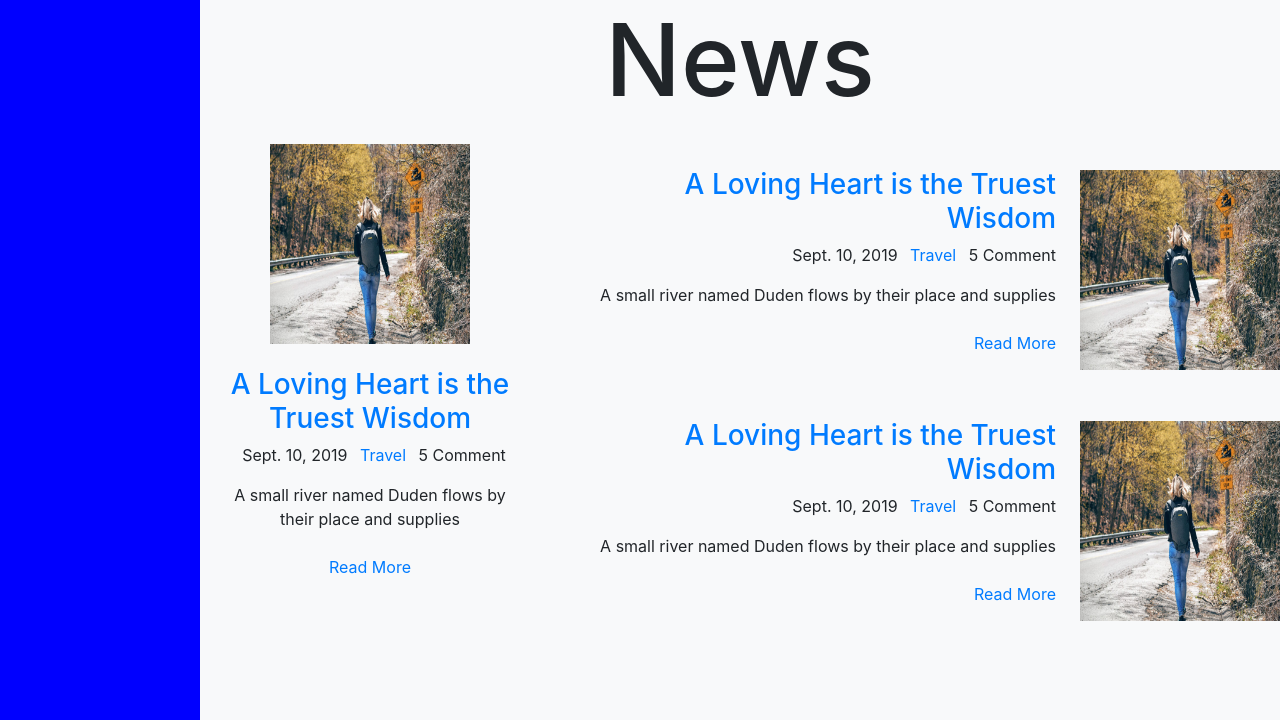
Repository: tts2610/GoogleNews
Page: index.html
The author's editor kept a copy of each file at every save. The page is drawn from the files as they stood at one save, then again after the next save.
The browser window is 1280 px wide. The pictures show the whole page.
The page's requests for data from a server got no answer.

Above is the page before, as saved 2020-05-20 13:54:33.

### index.html
<!DOCTYPE html>
<html lang="en">

<head>
    <meta charset="UTF-8">
    <meta name="viewport" content="width=device-width, initial-scale=1.0">
    <title>Document</title>
    <link rel="stylesheet" href="https://maxcdn.bootstrapcdn.com/bootstrap/4.4.1/css/bootstrap.min.css">

    <!-- jQuery library -->
    <script src="https://ajax.googleapis.com/ajax/libs/jquery/3.5.1/jquery.min.js"></script>

    <!-- Popper JS -->
    <script src="https://cdnjs.cloudflare.com/ajax/libs/popper.js/1.16.0/umd/popper.min.js"></script>

    <!-- Latest compiled JavaScript -->
    <script src="https://maxcdn.bootstrapcdn.com/bootstrap/4.4.1/js/bootstrap.min.js"></script>
    <link rel="stylesheet" href="css/style.css">
</head>

<body>
    <div class="myContainer">
        <div class="sidenav"></div>
        <div class="content">
            <div class="content-header mb-4">
                <h1 style="font-size: 100px; text-align: center;">News</h1>
            </div>
            <div class="row">
                <div class="col-4 d-flex">
                    <div class="blog-entry-left">
                        <div>
                            <img src="img/image_8.jpg" width="200" height="200">
                        </div>
                        <div class="text p-4" style="text-align: center;">
                            <h3 class="mb-2"><a href="single.html">A Loving Heart is the Truest Wisdom</a></h3>
                            <div class="meta-wrap">
                                <p class="meta">
                                    <span><i class="icon-calendar mr-2"></i>Sept. 10, 2019</span>
                                    <span><a href="single.html"><i class="icon-folder-o mr-2"></i>Travel</a></span>
                                    <span><i class="icon-comment2 mr-2"></i>5 Comment</span>
                                </p>
                            </div>
                            <p class="mb-4">A small river named Duden flows by their place and supplies</p>
                            <p><a href="#" class="btn-custom">Read More <span class="ion-ios-arrow-forward"></span></a></p>
                        </div>
                    </div>
                </div>
                <div class="col-8 d-flex">
                    <div class="row">
                        <div class="col-md-12">
                            <div class="blog-entry ftco-animate d-md-flex align-items-center">
                                <div class="text text-2 text-md-right p-4">
                                    <h3 class="mb-2"><a href="single.html">A Loving Heart is the Truest Wisdom</a></h3>
                                    <div class="meta-wrap">
                                        <p class="meta">
                                            <span><i class="icon-calendar mr-2"></i>Sept. 10, 2019</span>
                                            <span><a href="single.html"><i class="icon-folder-o mr-2"></i>Travel</a></span>
                                            <span><i class="icon-comment2 mr-2"></i>5 Comment</span>
                                        </p>
                                    </div>
                                    <p class="mb-4">A small river named Duden flows by their place and supplies</p>
                                    <p><a href="#" class="btn-custom">Read More <span class="ion-ios-arrow-forward"></span></a></p>
                                </div>
                                <div class="news-img"><img src="img/image_8.jpg" width="200" height="200"></div>
                            </div>
                        </div>
                        <div class="col-md-12">
                            <div class="blog-entry ftco-animate d-md-flex align-items-center">
                                <div class="text text-2 text-md-right p-4">
                                    <h3 class="mb-2"><a href="single.html">A Loving Heart is the Truest Wisdom</a></h3>
                                    <div class="meta-wrap">
                                        <p class="meta">
                                            <span><i class="icon-calendar mr-2"></i>Sept. 10, 2019</span>
                                            <span><a href="single.html"><i class="icon-folder-o mr-2"></i>Travel</a></span>
                                            <span><i class="icon-comment2 mr-2"></i>5 Comment</span>
                                        </p>
                                    </div>
                                    <p class="mb-4">A small river named Duden flows by their place and supplies</p>
                                    <p><a href="#" class="btn-custom">Read More <span class="ion-ios-arrow-forward"></span></a></p>
                                </div>
                                <div class="news-img"><img src="img/image_8.jpg" width="200" height="200"></div>
                            </div>
                        </div>
                    </div>
                </div>
            </div>


        </div>
    </div>

    <script src="js/script.js"></script>
</body>

</html>

### css/style.css
body {
    margin: 0
}

.myContainer {
    display: flex;
    justify-content: start;
}

.sidenav {
    height: 100vh;
    width: 200px;
    float: left;
    position: relative;
    background-color: blue;
}

.content {
    height: 100vh;
    width: calc(100% - 200px);
    float: right;
    position: relative;
    background-color: #f8f9fa;
    overflow-y: scroll;
}

.blog-entry-left {
    display: flex;
    flex-direction: column;
    align-items: center;
}

### js/script.js
let newsList = [];
const apiKey = "2dc86bcdc7184b17b45b74b30858f75a"
const loadNews = async() => {
    let url = `https://newsapi.org/v2/top-headlines?country=us&apiKey=${apiKey}`;
    let data = await fetch(url);
    let result = await data.json();

    console.log("what we get here", result);
}

loadNews();

After the next save:
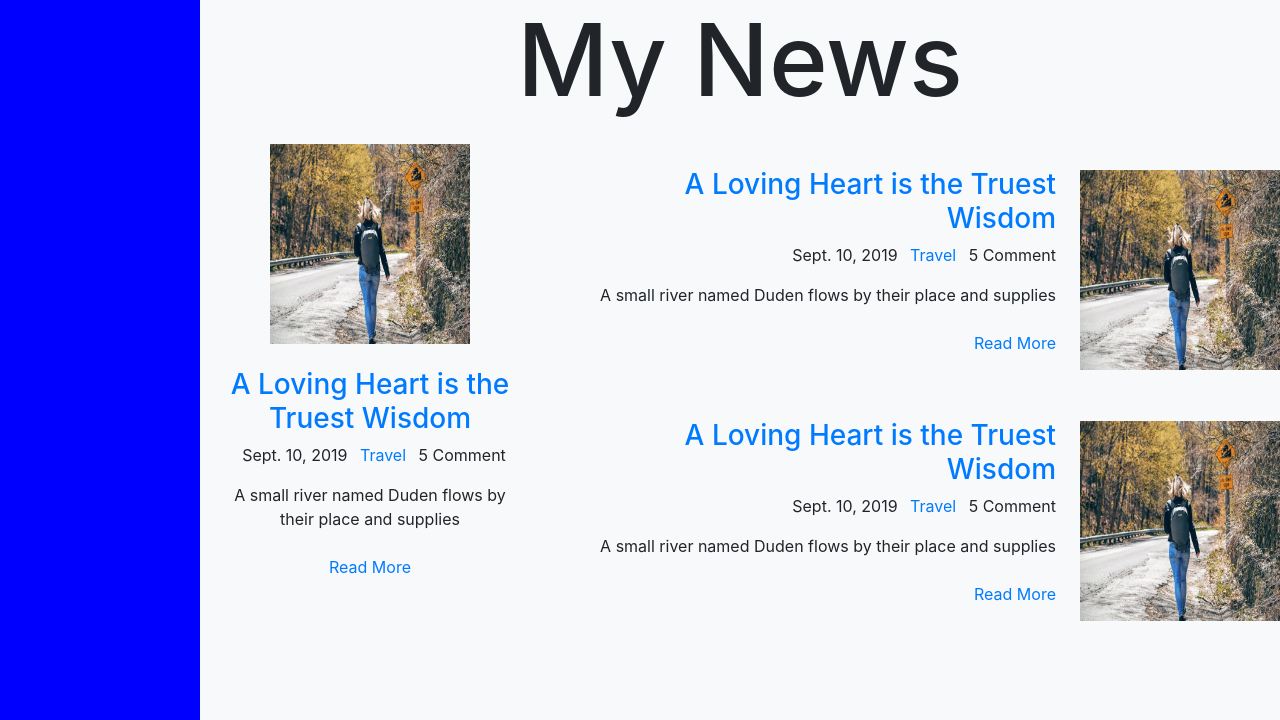
Saved 8 s later.
--- a/index.html
+++ b/index.html
@@ -23,7 +23,7 @@
         <div class="sidenav"></div>
         <div class="content">
             <div class="content-header mb-4">
-                <h1 style="font-size: 100px; text-align: center;">News</h1>
+                <h1 style="font-size: 100px; text-align: center;">My News</h1>
             </div>
             <div class="row">
                 <div class="col-4 d-flex">
